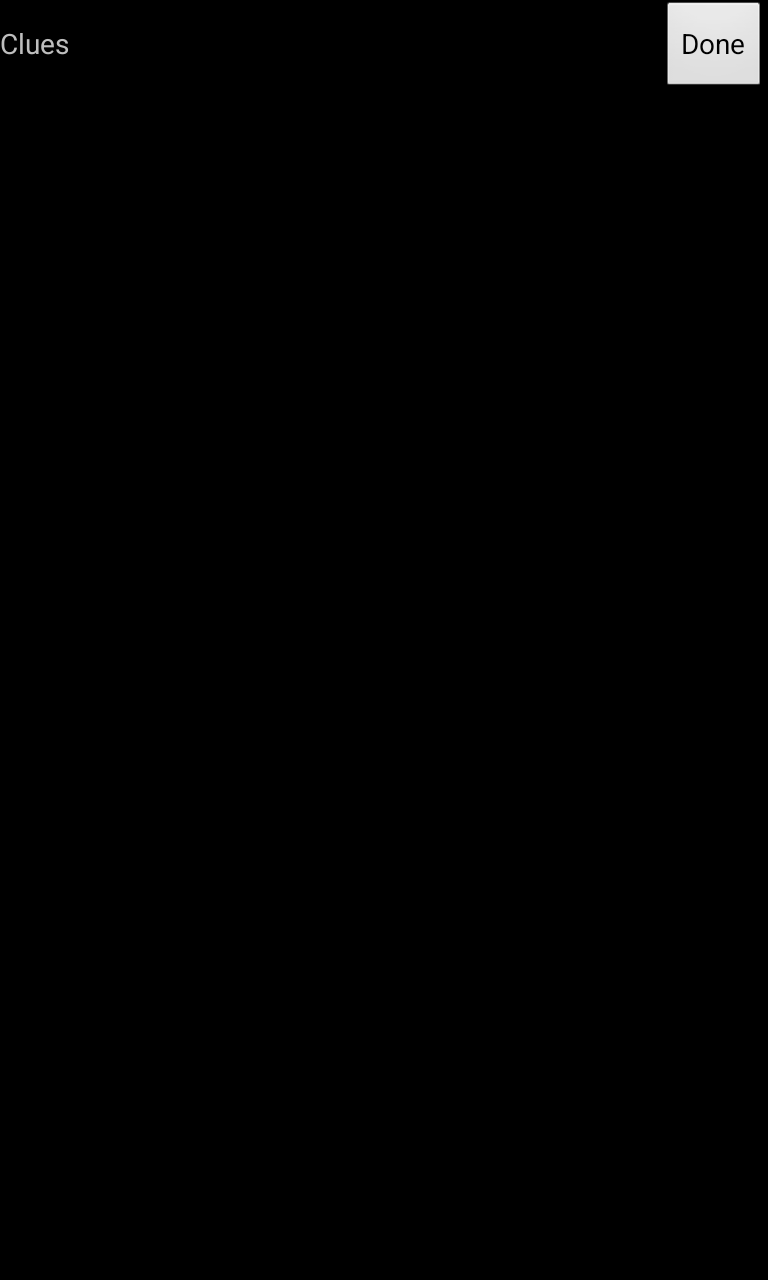
Repository: simplesns/workspace
Layout: eclipse/DEPuzzles/res/layout/crosswordsclue.xml
An editor plug-in stored every save of this project. The layout is shown before and after the next save, followed by the edit.
It is drawn on a 768 x 1280 px phone screen (xhdpi) without system bars, with theme android:Theme; the app's code is not run. Lists and similar views that code fills are empty.

Above is the layout before, as saved 2011-01-28 09:00:38.

### eclipse/DEPuzzles/res/layout/crosswordsclue.xml
<?xml version="1.0" encoding="utf-8"?>
<LinearLayout xmlns:android="http://schemas.android.com/apk/res/android"
	android:layout_width="fill_parent" android:layout_height="fill_parent" android:orientation="vertical">
	<LinearLayout android:id="@+id/LinearLayout01"
		android:layout_height="wrap_content" android:layout_width="fill_parent">
		<TextView android:id="@+id/TextView01"
			android:layout_width="wrap_content" android:layout_height="wrap_content" android:text="Clues" android:layout_weight="1"></TextView>
		<Button android:id="@+id/Button01"
			android:layout_width="wrap_content" android:layout_height="wrap_content" android:text="Done"></Button>
	</LinearLayout>
<ListView android:id="@+id/ListView01" android:layout_width="fill_parent" android:layout_height="fill_parent"></ListView>
</LinearLayout>

After the next save:
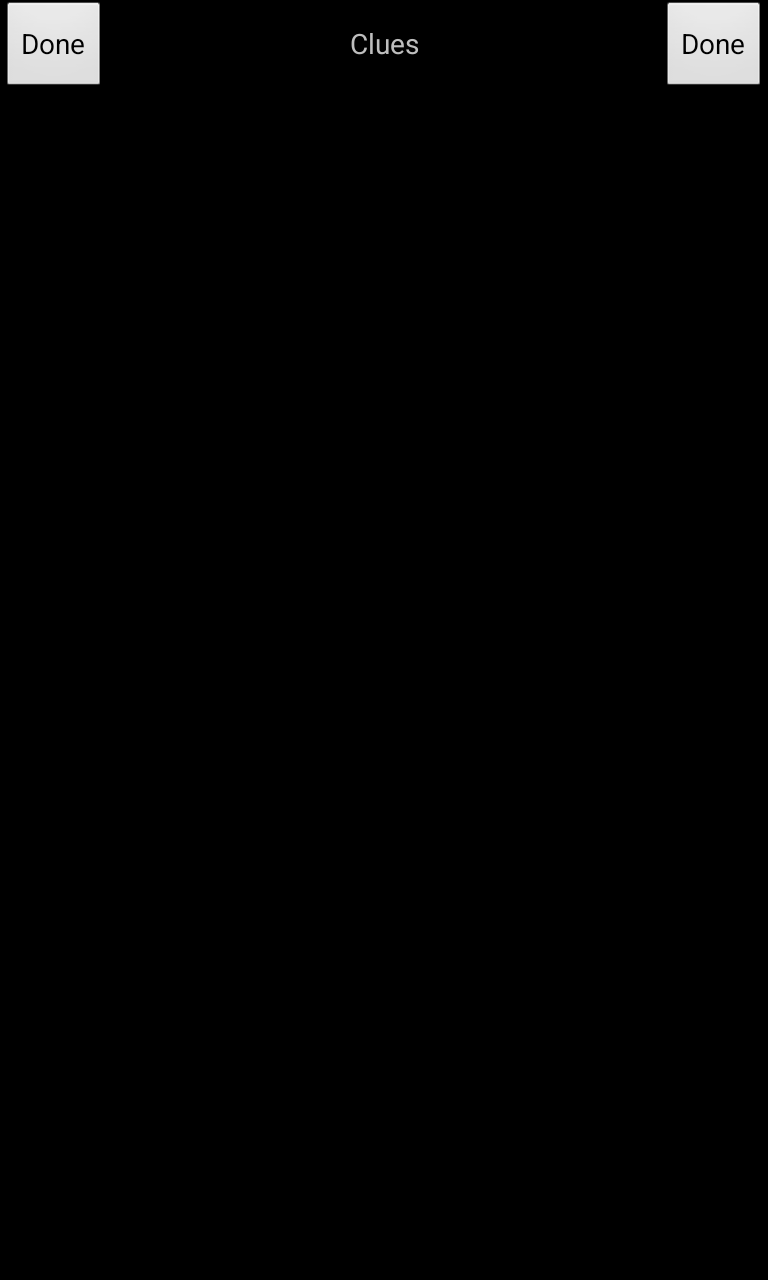
Saved 62 s later.
--- a/eclipse/DEPuzzles/res/layout/crosswordsclue.xml
+++ b/eclipse/DEPuzzles/res/layout/crosswordsclue.xml
@@ -3,10 +3,11 @@
 	android:layout_width="fill_parent" android:layout_height="fill_parent" android:orientation="vertical">
 	<LinearLayout android:id="@+id/LinearLayout01"
 		android:layout_height="wrap_content" android:layout_width="fill_parent">
-		<TextView android:id="@+id/TextView01"
-			android:layout_width="wrap_content" android:layout_height="wrap_content" android:text="Clues" android:layout_weight="1"></TextView>
+		<Button android:id="@+id/Button02" android:layout_width="wrap_content" android:layout_height="wrap_content" android:text="Done"></Button><TextView android:id="@+id/TextView01"
+			android:layout_width="wrap_content" android:layout_height="wrap_content" android:text="Clues" android:layout_weight="1" android:gravity="center_horizontal"></TextView>
 		<Button android:id="@+id/Button01"
 			android:layout_width="wrap_content" android:layout_height="wrap_content" android:text="Done"></Button>
-	</LinearLayout>
+
+</LinearLayout>
 <ListView android:id="@+id/ListView01" android:layout_width="fill_parent" android:layout_height="fill_parent"></ListView>
 </LinearLayout>
